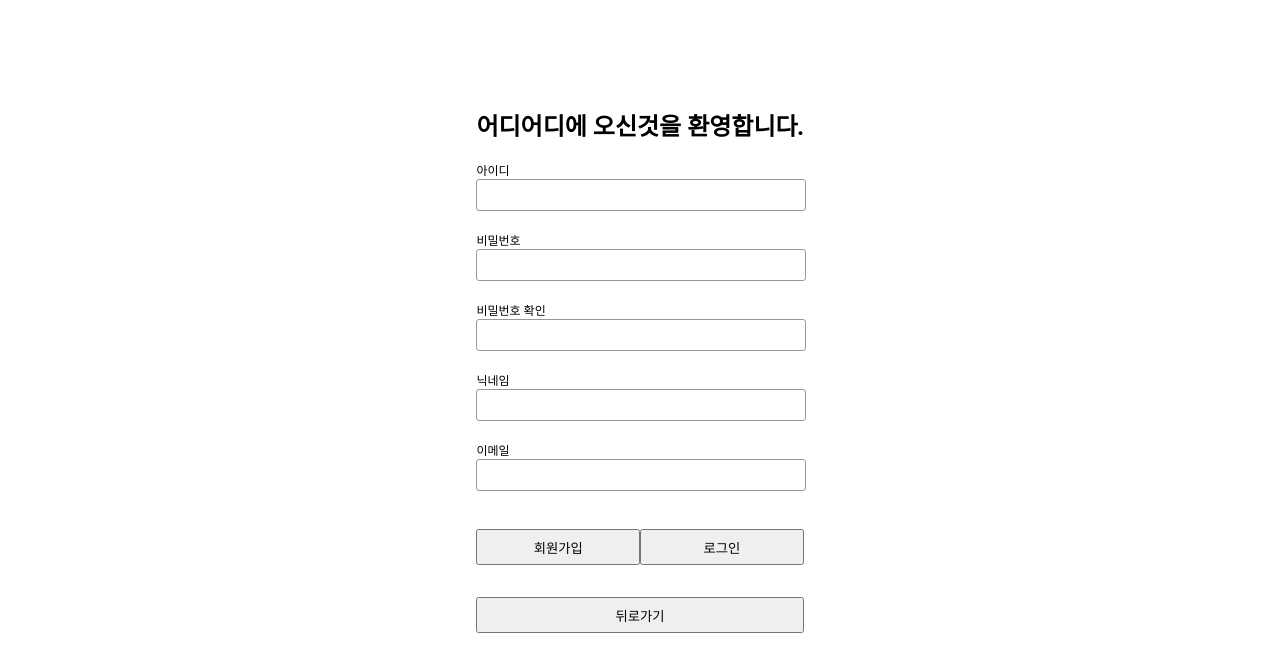
Repository: zzangyu/koreanFoodsProject
Page: http://localhost/koreanFoodsProject/koreanFoods/signUp.jsp
The author's editor kept a copy of each file at every save. The page is drawn from the files as they stood at one save, then again after the next save.
The browser window is 1280 px wide. The pictures show the whole page.
The page is served by Tomcat 9. Other server files are loaded and not shown.

Above is the page before, as saved 2022-12-29 07:45:39.

### koreanFoodsProject/src/main/webapp/koreanFoods/signUp.jsp
<%@ page language="java" contentType="text/html; charset=UTF-8"
    pageEncoding="UTF-8"%>
<!DOCTYPE html>
<html>
<head>
<meta charset="UTF-8">
<link type="text/css" rel="stylesheet" href="css/kFoods.css">
<title>Sign Up</title>
</head>
<body>
	<form action="" id="signUp">
		<div id="signUp_Wrap">
			<h2>어디어디에 오신것을 환영합니다.</h2>
			<div>
				<label class="signUp_textSize">아이디</label>
				<div>
					<input type="text" name="kf_id" class="signUp_input">
					<div class="signUp_check_textSize" id="signUp_idCheck"></div>
				</div>
			</div>
			<div>
				<label class="signUp_textSize">비밀번호</label>
				<div>
					<input type="password" name="kf_password" class="signUp_input">
					<div class="signUp_check_textSize" id="signUp_idCheck"></div>
				</div>
			</div>
			<div>
				<label class="signUp_textSize">비밀번호 확인</label>
				<div>
					<input type="password" name="kf_passwordCheck" class="signUp_input">
					<div class="signUp_check_textSize" id="signUp_idCheck"></div>
				</div>
			</div>
			<div>
				<label class="signUp_textSize">닉네임</label>
				<div>
					<input type="text" name="kf_nickname" class="signUp_input">
					<div class="signUp_check_textSize" id="signUp_nickCheck"></div>
				</div>
			</div>
			<div>
				<label class="signUp_textSize">이메일</label>
				<div>
					<input type="text" name="kf_email" class="signUp_input">
					<div class="signUp_check_textSize" id="signUp_emailCheck"></div>
				</div>
			</div>
			<button class="signUp_button1">회원가입</button><button class="signUp_button1">로그인</button>
			<button onclick="history.go(-1); return false;" class="signUp_button2">뒤로가기</button>
		</div>
	</form>
</body>
</html>

### koreanFoodsProject/src/main/webapp/koreanFoods/css/kFoods.css
@charset "UTF-8";
html, body {
	margin: 0;
	padding: 0;
	width: 100%;
	height: 100%;
}
a {
	text-decoration: none;
}
#loginButton {
	background-color: yellow;
}
#loginButton a {
	color: red;
}
#signUp {
	width: 100%;
	height: 100%;
	display: flex;
	justify-content: center;
	align-items: center;
}
.signUp_textSize {
	font-size: 12px;
}
.signUp_check_textSize {
	font-size: 10px;
	color: #999;
}
#signUp_Wrap h2 {
	text-align: center;
}
#signUp_Wrap > div {
	width: 100%;
	height: 70px;
}
.signUp_input {
	margin: 0;
    padding: 0 1%;
    width: 98%;
    height: 30px;
    border: 1px solid #999;
    border-radius: 3px;
}
.signUp_button1 {
	width: 50%;
	height: 36px;
	margin-top: 18px;
}
.signUp_button2 {
	width: 100%;
	height: 36px;
	margin-top: 32px;
}

After the next save:
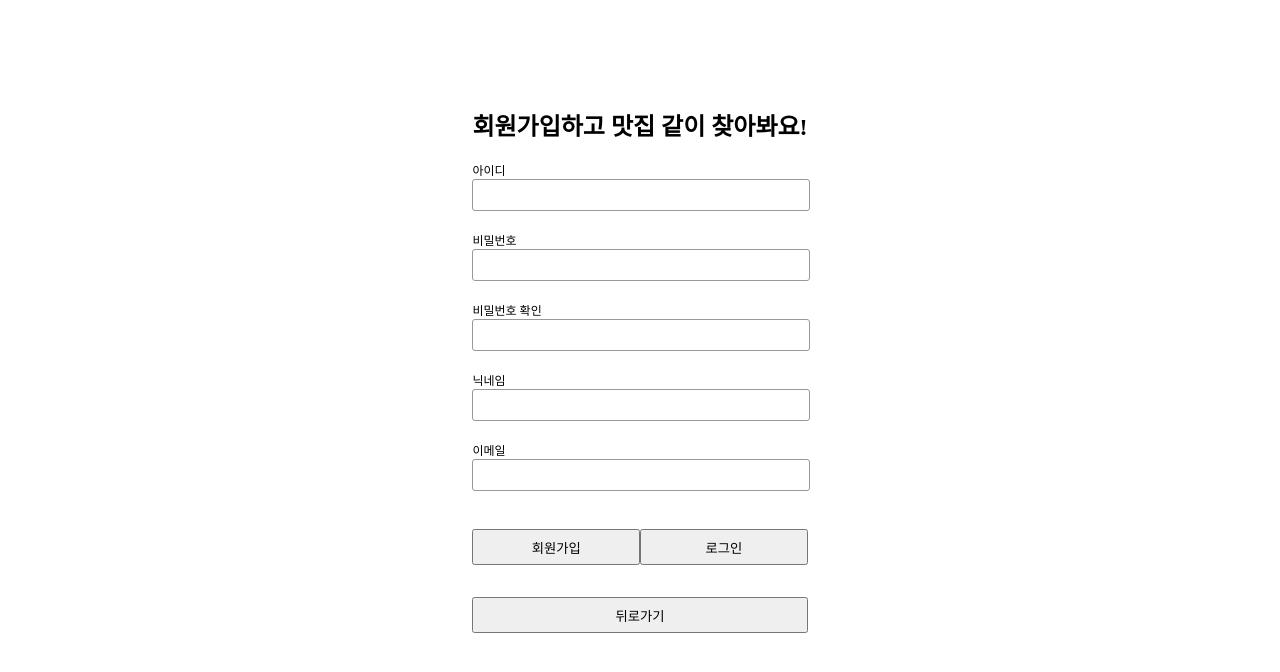
Saved 47 s later.
--- a/koreanFoodsProject/src/main/webapp/koreanFoods/signUp.jsp
+++ b/koreanFoodsProject/src/main/webapp/koreanFoods/signUp.jsp
@@ -10,7 +10,7 @@
 <body>
 	<form action="" id="signUp">
 		<div id="signUp_Wrap">
-			<h2>어디어디에 오신것을 환영합니다.</h2>
+			<h2>회원가입하고 맛집 같이 찾아봐요!</h2>
 			<div>
 				<label class="signUp_textSize">아이디</label>
 				<div>
